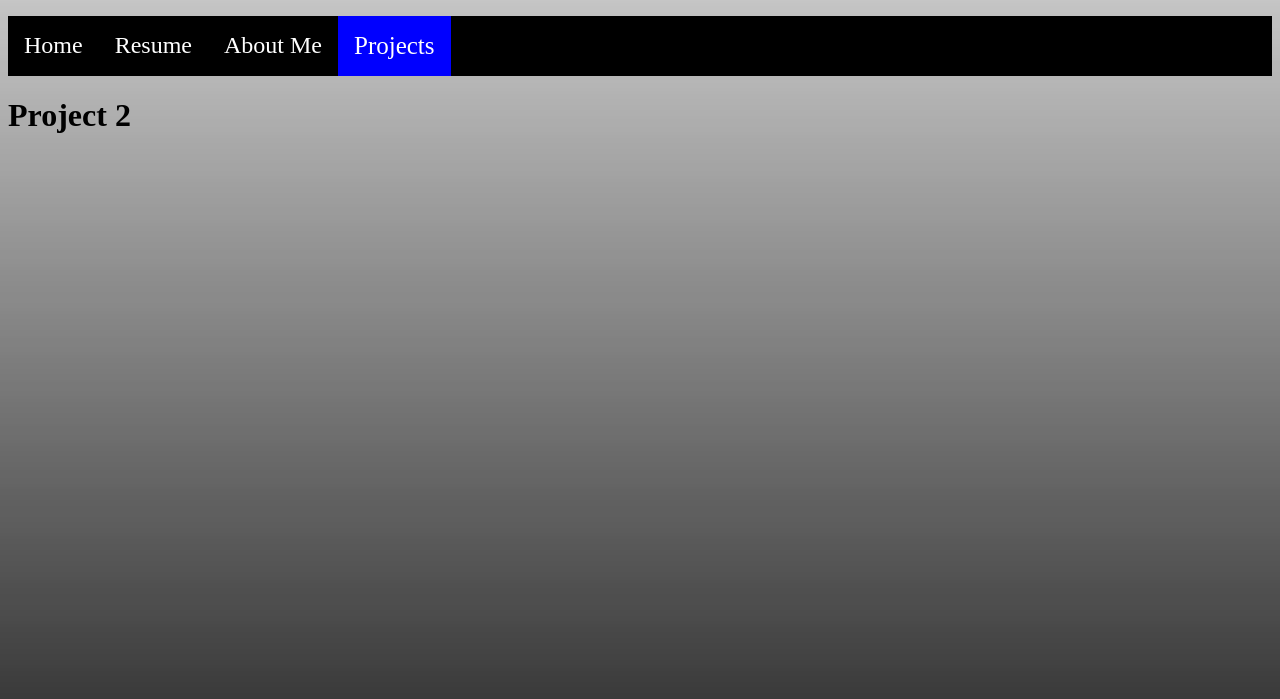
Repository: GunnarStone/GunnarStone.github.io
Page: project2.html
The author's editor kept a record of every edit. The page is drawn from the files as they stood at one moment, then again after the next edit.
The browser window is 1280 px wide. The pictures show the whole page.

Above is the page before.

After the next edit:
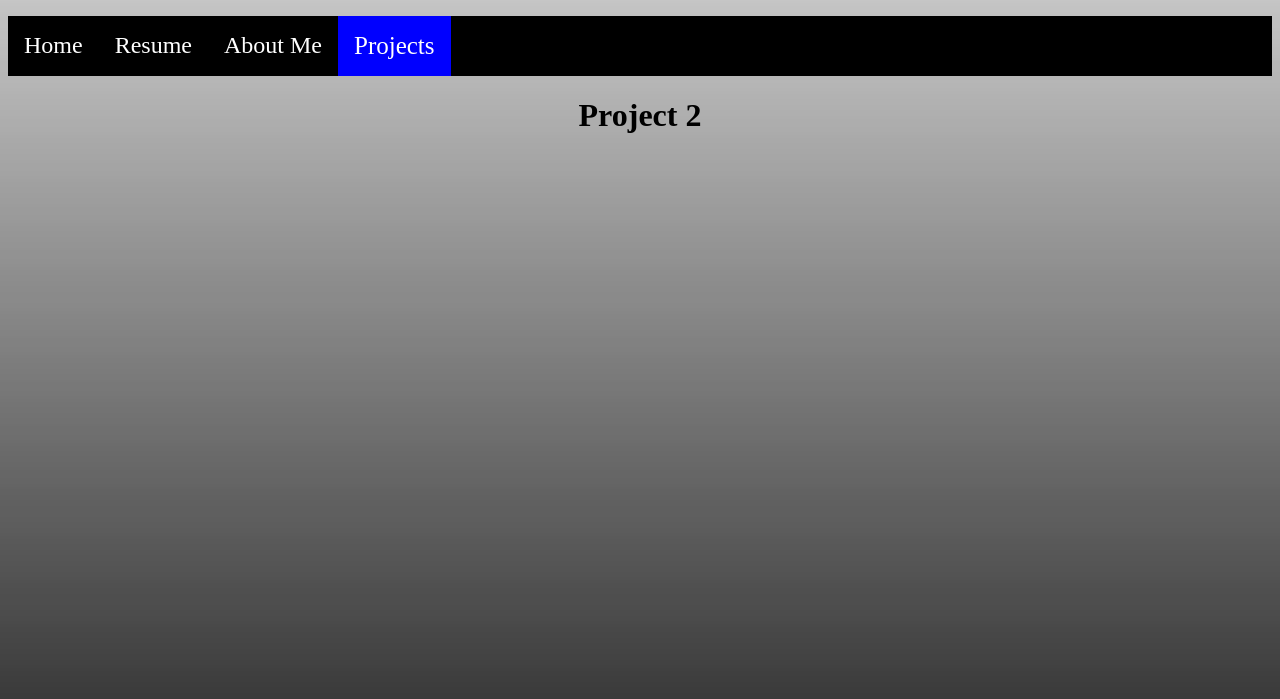
The edit:
--- a/project2.html
+++ b/project2.html
@@ -18,7 +18,7 @@
             </ul>
         </li>
     </ul>
-    <h1>Project 2</h1>
+    <h1 class="centerh1tag">Project 2</h1>
 <script>
 
 
